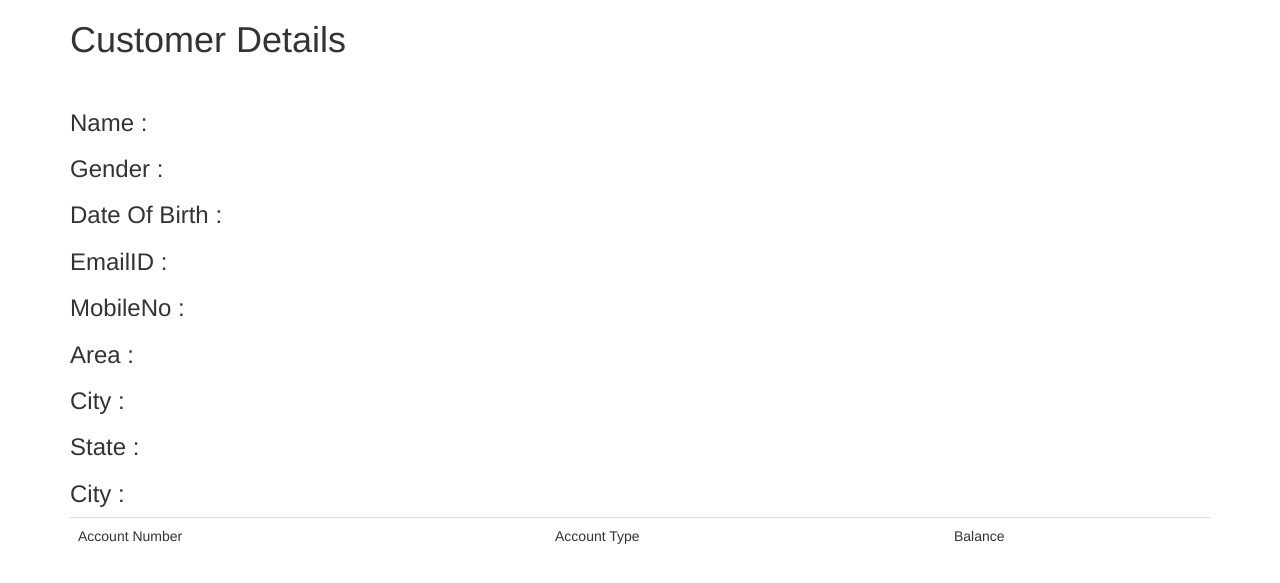
Repository: Shubham-Gawade/SpringHibernateTraining
Page: http://localhost/xorbankonline/WEB-INF/pages/customerdetails.jsp
An editor plug-in stored every save of this project. The page is shown before and after the next save, followed by the edit.
The browser window is 1280 px wide. The pictures show the whole page.
The page is served by Tomcat 9. Nobody is signed in. Other server files are loaded and not shown. The template is opened directly, without the code that normally fills it, so the values that code supplies are empty.

Above is the page before, as saved 2021-10-05 06:33:21.

### xorbankonline/src/main/webapp/WEB-INF/pages/customerdetails.jsp
<%@ page language="java" contentType="text/html; charset=ISO-8859-1"
	pageEncoding="ISO-8859-1"%>
<%@taglib uri="http://java.sun.com/jsp/jstl/core" prefix="c"%>
<!DOCTYPE html>
<html>
<head>
<meta charset="ISO-8859-1">
<title>Insert title here</title>
<link rel="stylesheet" href="https://maxcdn.bootstrapcdn.com/bootstrap/3.3.7/css/bootstrap.min.css">
</head>
<body class="container">
	<h1>Customer Details</h1>
	<br>
	<h3>Name : ${customer.getPersonName()}</h3>
	<h3>Gender : ${customer.getGender()}</h3>
	<h3>Date Of Birth : ${customer.getDateOfBirth()}</h3>
	<h3>EmailID : ${customer.getEmailId()}</h3>
	<h3>MobileNo : ${customer.getMobileNo()}</h3>
	<h3>Area : ${customer.getMobileNo()}</h3>
	<h3>City : ${customer.getMobileNo()}</h3>
	<h3>State : ${customer.getMobileNo()}</h3>
	<h3>City : ${customer.getMobileNo()}</h3>
	<table class="table">
		<tr>
			<td>Account Number</td>
			<td>Account Type</td>
			<td>Balance</td>
		</tr>
		<c:forEach items="${customer.accounts}" var="account">
			<tr>
				<td>${account.getAccountNumber()}</td>
				<td>${account.getBalance()}</td>
				<td>${account.getAccountType()}</td>
			</tr>
		</c:forEach>
	</table>
</body>


</html>

After the next save:
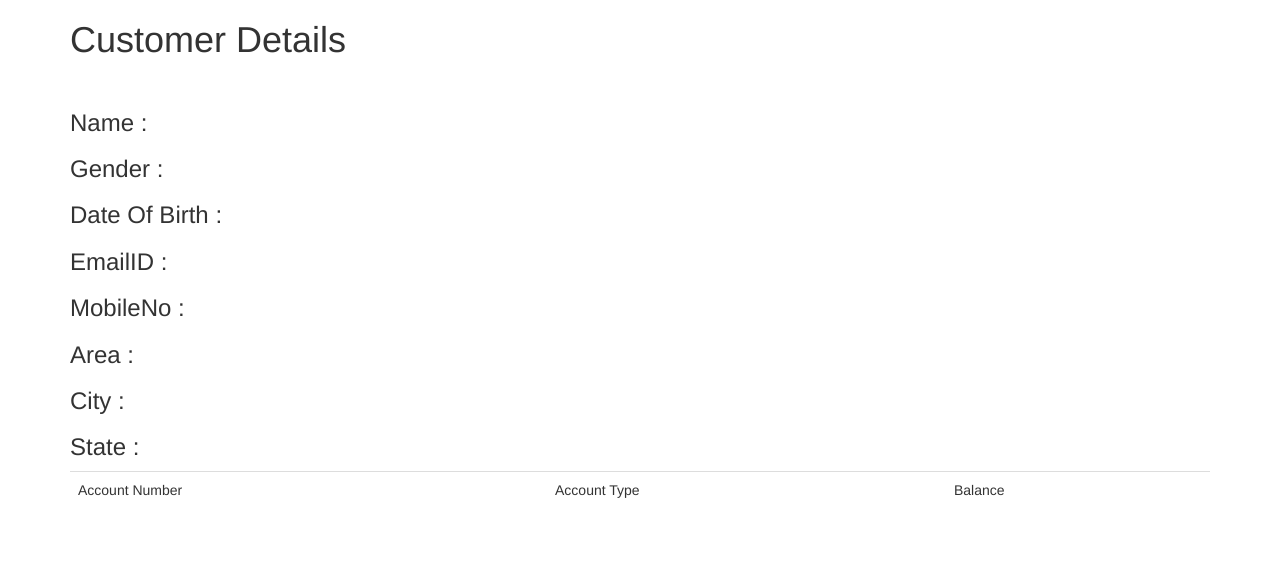
Saved 13 s later.
--- a/xorbankonline/src/main/webapp/WEB-INF/pages/customerdetails.jsp
+++ b/xorbankonline/src/main/webapp/WEB-INF/pages/customerdetails.jsp
@@ -19,7 +19,6 @@
 	<h3>Area : ${customer.getMobileNo()}</h3>
 	<h3>City : ${customer.getMobileNo()}</h3>
 	<h3>State : ${customer.getMobileNo()}</h3>
-	<h3>City : ${customer.getMobileNo()}</h3>
 	<table class="table">
 		<tr>
 			<td>Account Number</td>
